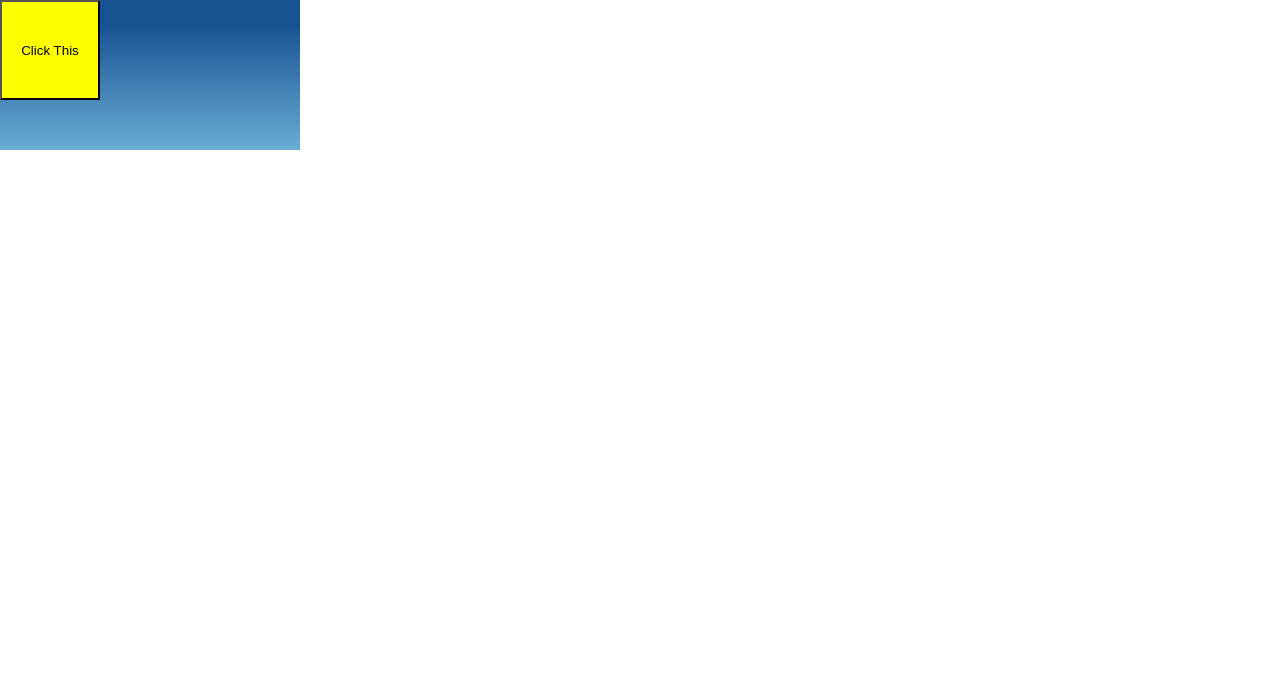
Repository: dinhhaidh/l-r-i2
Page: index.html
The author's editor kept a copy of each file at every save. The page is drawn from the files as they stood at one save, then again after the next save.
The browser window is 1280 px wide. The pictures show the whole page.

Above is the page before, as saved 2024-01-10 22:20:50.
Console error: SyntaxError: Unexpected identifier 'CSS'

### index.html
<!DOCTYPE html>
<html lang="en">
<head>
    <meta charset="UTF-8">
    <meta name="viewport" content="width=device-width, initial-scale=1.0">
    <title>Document</title>
</head>
<style>
    /* HTML CSS JSResult Skip Results Iframe
EDIT ON */
body{margin:0;height:100%;}
canvas{
    position:absolute;top:0;left:0;
    z-index:100;
    background-image: linear-gradient(bottom, rgb(105,173,212) 0%, rgb(23,82,145) 84%);
    background-image: -o-linear-gradient(bottom, rgb(105,173,212) 0%, rgb(23,82,145) 84%);
    background-image: -moz-linear-gradient(bottom, rgb(105,173,212) 0%, rgb(23,82,145) 84%);
    background-image: -webkit-linear-gradient(bottom, rgb(105,173,212) 0%, rgb(23,82,145) 84%);
    background-image: -ms-linear-gradient(bottom, rgb(105,173,212) 0%, rgb(23,82,145) 84%);

    background-image: -webkit-gradient(
        linear,
        left bottom,
        left top,
        color-stop(0, rgb(105,173,212)),
        color-stop(0.84, rgb(23,82,145))
    );
}
</style>
<body>
    <button style="width: 100px; height: 100px; background: yellow; z-index: 1000; position: absolute;">Click This</button>
<canvas id="canvas"></canvas>
<script>
    HTML CSS JSResult Skip Results Iframe
EDIT ON
var canvas = document.getElementById("canvas"),
    ctx = canvas.getContext("2d"),
    things = [],
    thingsCount = 124,
    mouse = {
      x: -100,
      y: -100
    },
    minDist = 150;

canvas.width = window.innerWidth;
canvas.height = window.innerHeight;

// object image
var image = new Image();
image.src = 'https://i.pinimg.com/originals/90/2c/2b/902c2bbccb72ca76cf3bbe95741174e9.png';
// image.src = 'https://upload.wikimedia.org/wikipedia/commons/thumb/2/21/Love_heart_uidaodjsdsew.gif/1200px-Love_heart_uidaodjsdsew.gif';
// image.src = 'https://static.wixstatic.com/media/2cd43b_57438aebde5a4b0fa20c6880a9fafabf~mv2.png/v1/fill/w_320,h_272,fp_0.50_0.50/2cd43b_57438aebde5a4b0fa20c6880a9fafabf~mv2.png';

for (var i = 0; i < thingsCount; i++) {
  let opacity = Math.random() + 0.4;
  let thingWidth = (Math.floor(Math.random() * 20) + 20) * (opacity + 0.4);
  let thingHeight = image.naturalHeight / image.naturalWidth * thingWidth;
  let speed = Math.random() * 1 + 0.5;
  things.push({
    width: thingWidth,
    height: thingHeight,
    x: Math.random() * canvas.width,
    y: Math.random() * canvas.height - thingHeight,
    speed: speed,
    vY: speed,
    vX: 0,
    d: Math.random() * 1.2 - 0.6, // wind or something like that
    stepSize: (Math.random()) / 20,
    step: 0,
    angle: Math.random() * 180 - 90,
    rad: Math.random(),
    opacity: opacity,
    _ratate: Math.random() // ratate 正負
  });
}

function drawThings() {
  things.map((thing) => {
    ctx.beginPath();
    thing.rad = (thing.angle * Math.PI) / 180;
    ctx.save();
    var cx = thing.x + thing.width / 2;
    var cy = thing.y + thing.height / 2;
    ctx.globalAlpha = thing.opacity;
    ctx.setTransform(
      Math.cos(thing.rad),
      Math.sin(thing.rad),
      -Math.sin(thing.rad),
      Math.cos(thing.rad),
      cx - cx * Math.cos(thing.rad) + cy * Math.sin(thing.rad),
      cy - cx * Math.sin(thing.rad) - cy * Math.cos(thing.rad)
    );
    ctx.drawImage(image, thing.x, thing.y, thing.width, thing.height);
    ctx.restore();
  });
}

function draw() {
  ctx.clearRect(0, 0, canvas.width, canvas.height);

  drawThings();
}

function update() {
  things.map((thing) => {
    var dist = Math.sqrt((thing.x - mouse.x) ** 2 + (thing.y - mouse.y) ** 2);

    if (dist < minDist) {
      var force = minDist / (dist * dist),
          xcomp = (mouse.x - thing.x) / dist,
          ycomp = (mouse.y - thing.y) / dist,
          deltaV = force * 2; // deplay when hover mouse

      thing.vX -= deltaV * xcomp;
      thing.vY -= deltaV * ycomp;

      if (thing.d * xcomp > 0) {
        thing.d = 0 - thing.d;
      }
    } else {
      thing.vX *= .98;

      if (thing.vY < thing.speed) {
        thing.vY = thing.speed
      }

      thing.vX += Math.cos(thing.step += (Math.random() * 0.05)) * thing.stepSize;
    }

    thing.y += thing.vY;
    thing.x += thing.vX + thing.d;

    var _angle = Math.random() + 0.2;
    // stuff.angle += _angle;
    if (thing._ratate == 0) {
      thing.angle += _angle;
    } else {
      thing.angle -= _angle;
    }

    if (thing.y > canvas.height) {
      reset(thing);
    }

    if (thing.x > canvas.width || thing.x < (0 - thing.width)) {
      reset(thing);
    }
  });
}

function reset(thing) {
  thing.opacity = Math.random() + 0.4;
  thing.width = (Math.floor(Math.random() * 20) + 20) * (thing.opacity + 0.4);
  thing.height = image.naturalHeight / image.naturalWidth * thing.width;
  thing.x = Math.floor(Math.random() * canvas.width);
  thing.y = 0 - thing.height;
  thing.speed = Math.random() * 1 + 0.5
  thing.vY = thing.speed;
  thing.vX = 0;
  // thing.angle = 0;
  // thing.size = 0;
  thing._ratate = Math.random();
}

canvas.addEventListener('mousemove', function(e){
  mouse.x = e.clientX;
  mouse.y = e.clientY;
});

function tick() {
  draw();
  update();
  requestAnimationFrame(tick);
}

tick();
</script>
</body>
</html>

After the next save:
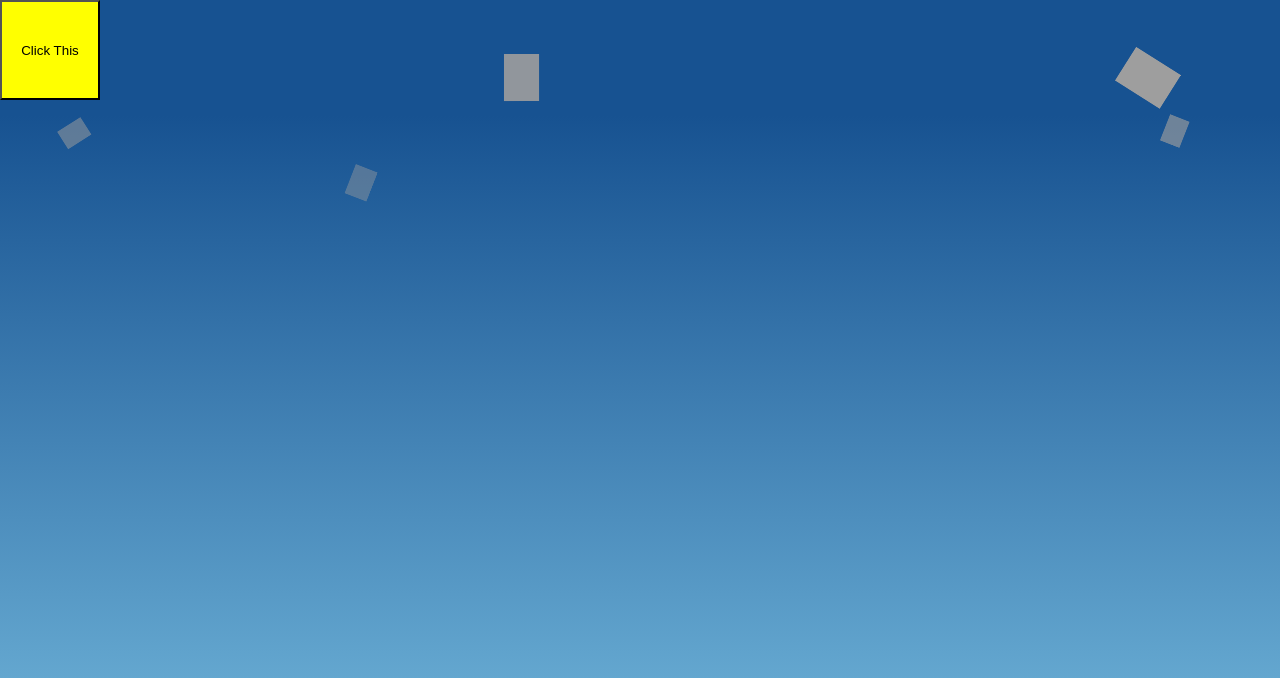
The error is gone.
Saved 28 s later.
--- a/index.html
+++ b/index.html
@@ -31,8 +31,7 @@ canvas{
     <button style="width: 100px; height: 100px; background: yellow; z-index: 1000; position: absolute;">Click This</button>
 <canvas id="canvas"></canvas>
 <script>
-    HTML CSS JSResult Skip Results Iframe
-EDIT ON
+
 var canvas = document.getElementById("canvas"),
     ctx = canvas.getContext("2d"),
     things = [],
